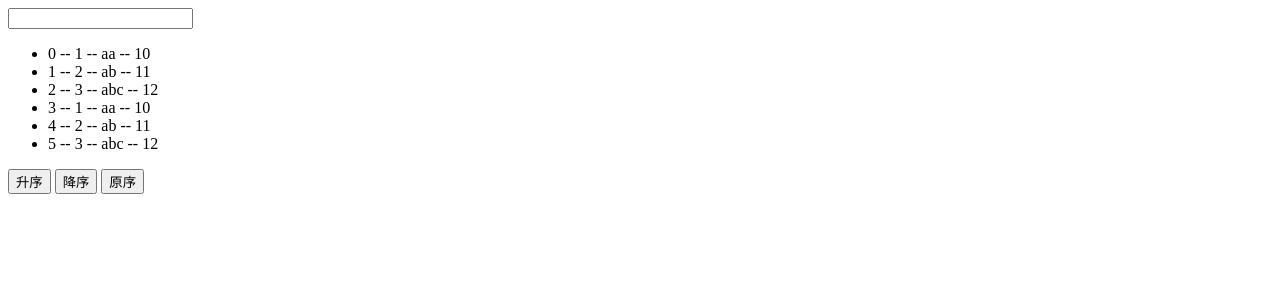
Repository: CodeHuai/vue_note
Page: 练习/index.html
These files come from the project's save history. The page is drawn as it stood at one moment and after the next save; the edit follows.
The browser window is 1280 px wide. The pictures show the whole page.

Above is the page before, as saved 2021-07-06 18:53:21.

### 练习/index.html
<!DOCTYPE html>
<html lang="en">

<head>
    <meta charset="UTF-8">
    <meta http-equiv="X-UA-Compatible" content="IE=edge">
    <meta name="viewport" content="width=device-width, initial-scale=1.0">
    <title>Document</title>
    <link rel="shortcut icon" href="../../logo.svg" type="image/x-icon">
</head>

<body>
    <div id="app">
        <input type="text" name="" v-model='info' id="">
        <ul>
            <li v-for='(item, index) in result' :key="item.id">
                {{index}} -- {{item.id}} -- {{item.name}} -- {{item.age}}
            </li>
        </ul>
        <button @click='result(1)'>升序</button>
        <button @click='result(2)'>降序</button>
        <button @click='result(0)'>原序</button>
    </div>
    <script src="../js/vue.js"></script>
    <script>
        const app = new Vue({
            el: ' #app',
            data: {
                info: '',
                searchType: 0, // 0 -- 原序排序； 1 -- 升序排序； 2 -- 降序排序
                persons: [{
                        id: 1,
                        name: 'aa',
                        age: 10
                    }, {
                        id: 2,
                        name: 'ab',
                        age: 11
                    },
                    {
                        id: 3,
                        name: 'abc',
                        age: 12
                    },
                    {
                        id: 1,
                        name: 'aa',
                        age: 10
                    }, {
                        id: 2,
                        name: 'ab',
                        age: 11
                    },
                    {
                        id: 3,
                        name: 'abc',
                        age: 12
                    }
                ]
            },
            computed: {
                result(flag) {
                    const {
                        info,
                        persons
                    } = this;

                    const arr = persons.filter(item => {
                        return item.name.includes(info);
                    });


                    arr.sort((a, b) => {
                        if (flag !== 0) {
                            if (flag == 1) {
                                return a.age - b.age;
                            } else if (flag == 2) {
                                return b.age - a.age;
                            }
                        }
                    });

                    return arr;
                }
            }
        });
    </script>
</body>

</html>

Loaded but not shown: js/vue.js (library)

After the next save:
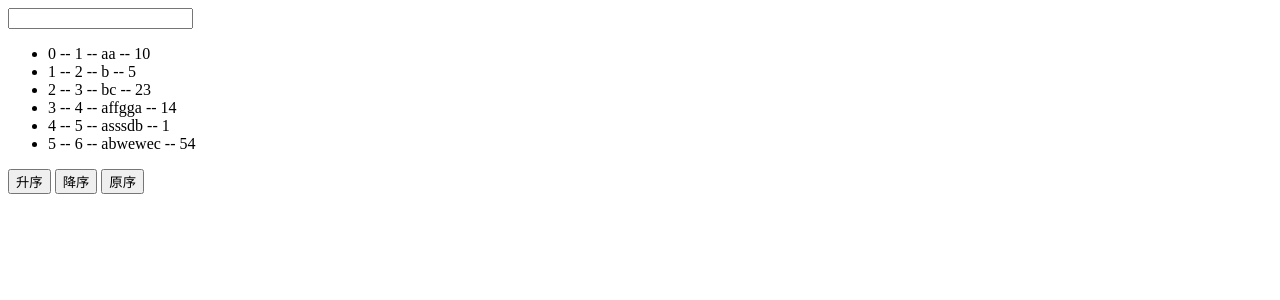
Saved 37 s later.
--- a/练习/index.html
+++ b/练习/index.html
@@ -34,27 +34,27 @@
                         age: 10
                     }, {
                         id: 2,
-                        name: 'ab',
-                        age: 11
+                        name: 'b',
+                        age: 5
                     },
                     {
                         id: 3,
-                        name: 'abc',
-                        age: 12
+                        name: 'bc',
+                        age: 23
                     },
                     {
-                        id: 1,
-                        name: 'aa',
-                        age: 10
+                        id: 4,
+                        name: 'affgga',
+                        age: 14
                     }, {
-                        id: 2,
-                        name: 'ab',
-                        age: 11
+                        id: 5,
+                        name: 'asssdb',
+                        age: 1
                     },
                     {
-                        id: 3,
-                        name: 'abc',
-                        age: 12
+                        id: 6,
+                        name: 'abwewec',
+                        age: 54
                     }
                 ]
             },
